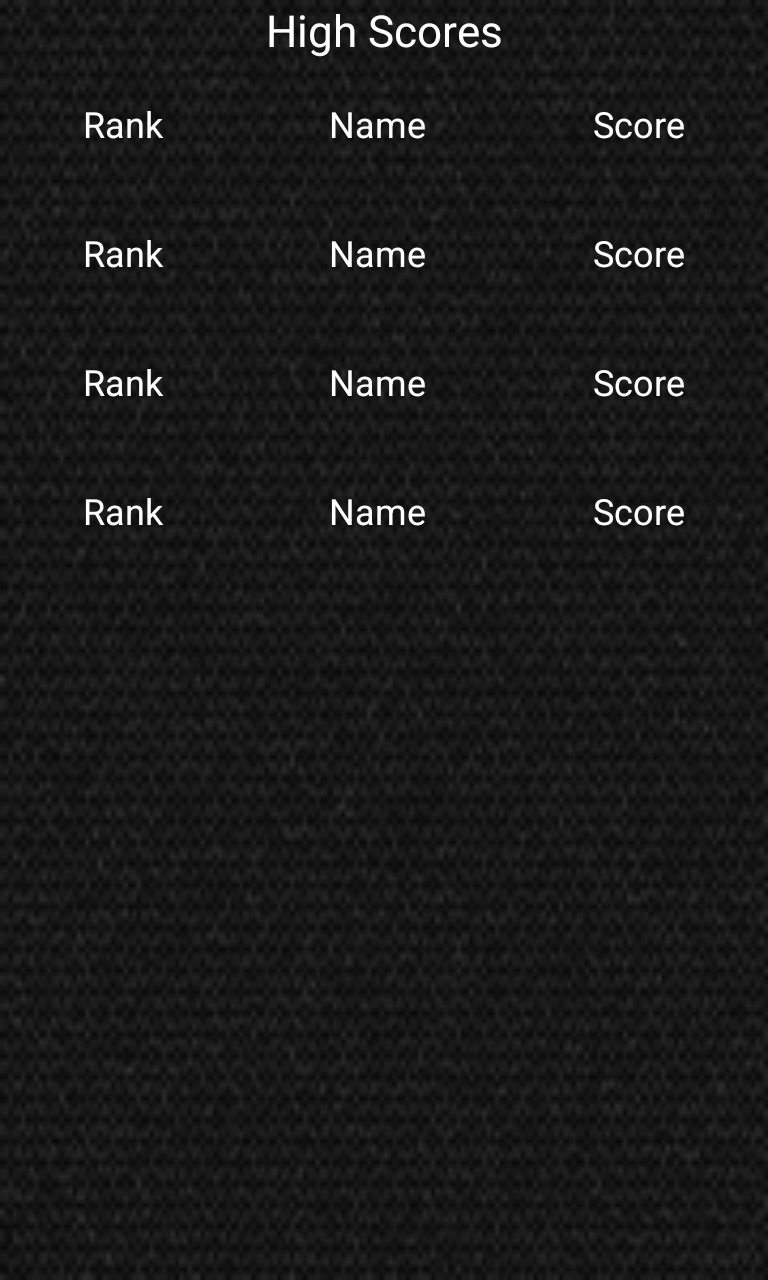
Repository: Tacohen/Killbots
Layout: Killbots/res/layout/high_scores.xml
An editor plug-in stored every save of this project. The layout is shown before and after the next save, followed by the edit.
It is drawn on a 768 x 1280 px phone screen (xhdpi) without system bars, with theme AppTheme; the app's code is not run.

Above is the layout before, as saved 2013-12-08 01:50:14.

After the next save:
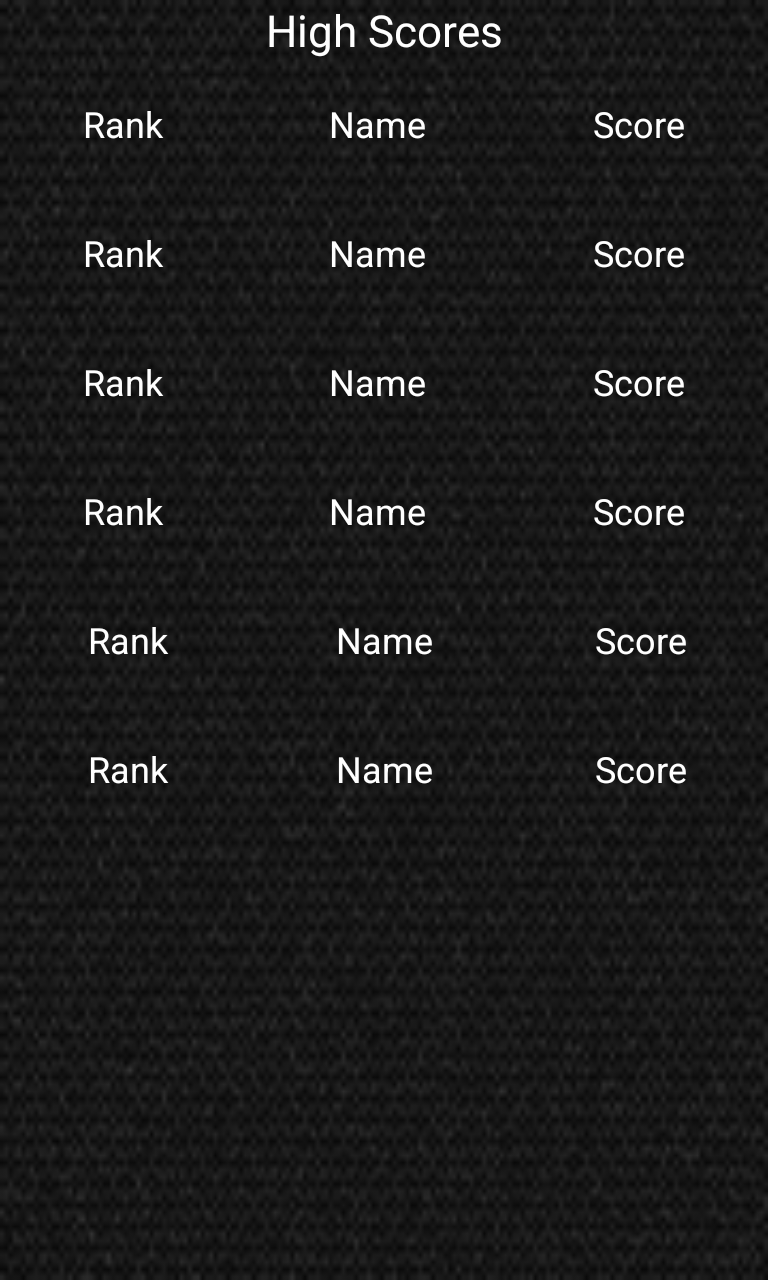
Saved 47 s later.
--- a/Killbots/res/layout/high_scores.xml
+++ b/Killbots/res/layout/high_scores.xml
@@ -144,4 +144,66 @@
         </TableRow>
     </TableLayout>
 
+    <TableRow
+        android:id="@+id/tableRow5"
+        android:layout_width="match_parent"
+        android:layout_height="wrap_content" >
+
+        <TextView
+            android:id="@+id/rankText4"
+            android:text="Rank"
+            android:layout_weight="1"
+            android:textAppearance="?android:attr/textAppearanceMedium"
+            android:textColor="#FFFFFF"
+            android:padding="20dip" android:gravity="center"/>
+
+        <TextView
+            android:id="@+id/nameText4"
+            android:text="Name"
+            android:layout_weight="1"
+            android:textAppearance="?android:attr/textAppearanceMedium"
+            android:textColor="#FFFFFF"
+            android:padding="20dip" android:gravity="center"/>
+
+
+        <TextView
+            android:id="@+id/scoreText4"
+            android:text="Score"
+            android:layout_weight="1"
+            android:textAppearance="?android:attr/textAppearanceMedium"
+            android:textColor="#FFFFFF"
+            android:padding="20dip" android:gravity="center"/>
+    </TableRow>
+
+    <TableRow
+        android:id="@+id/tableRow6"
+        android:layout_width="match_parent"
+        android:layout_height="wrap_content" >
+
+        <TextView
+            android:id="@+id/rankText5"
+            android:text="Rank"
+            android:layout_weight="1"
+            android:textAppearance="?android:attr/textAppearanceMedium"
+            android:textColor="#FFFFFF"
+            android:padding="20dip" android:gravity="center"/>
+
+        <TextView
+            android:id="@+id/nameText5"
+            android:text="Name"
+            android:layout_weight="1"
+            android:textAppearance="?android:attr/textAppearanceMedium"
+            android:textColor="#FFFFFF"
+            android:padding="20dip" android:gravity="center"/>
+
+
+        <TextView
+            android:id="@+id/scoreText5"
+            android:text="Score"
+            android:layout_weight="1"
+            android:textAppearance="?android:attr/textAppearanceMedium"
+            android:textColor="#FFFFFF"
+            android:padding="20dip" android:gravity="center"/>
+    </TableRow>
+
 </LinearLayout>
